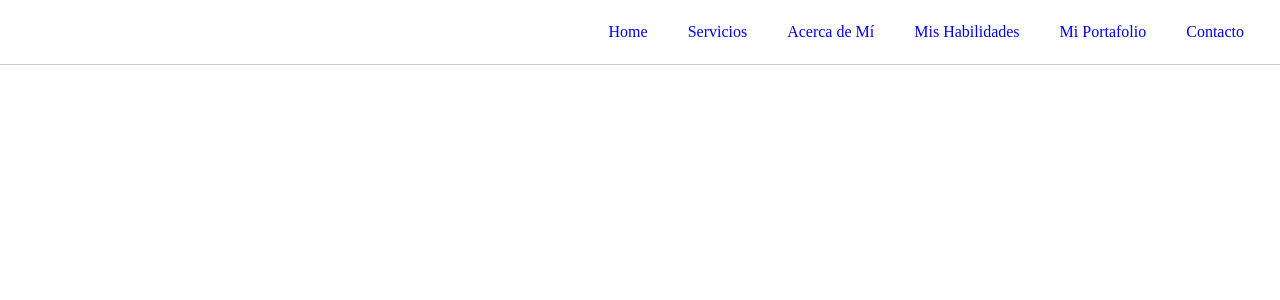
Repository: RobertAries28/PortafolioRobertEscalanteGomez2022
Page: index.html
These files come from the project's save history. The page is drawn as it stood at one moment and after the next save; the edit follows.
The browser window is 1280 px wide. The pictures show the whole page.

Above is the page before, as saved 2022-02-11 23:55:41.

After the next save:
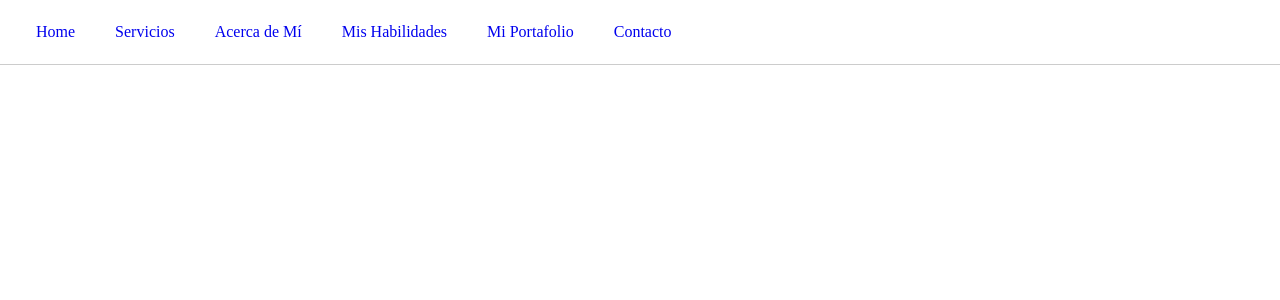
Saved 68 s later.
--- a/index.html
+++ b/index.html
@@ -11,7 +11,7 @@
     <header class="main-header">
         <div class="l-container main-header__block">
 
-        <div class="main-menu-toggle" id="main-menu-toggle"></div>
+
              <nav class="main-nav" id="main-nav">
                  <ul class="main-menu">
                        <li class="main-menu__item">

After the save that followed:
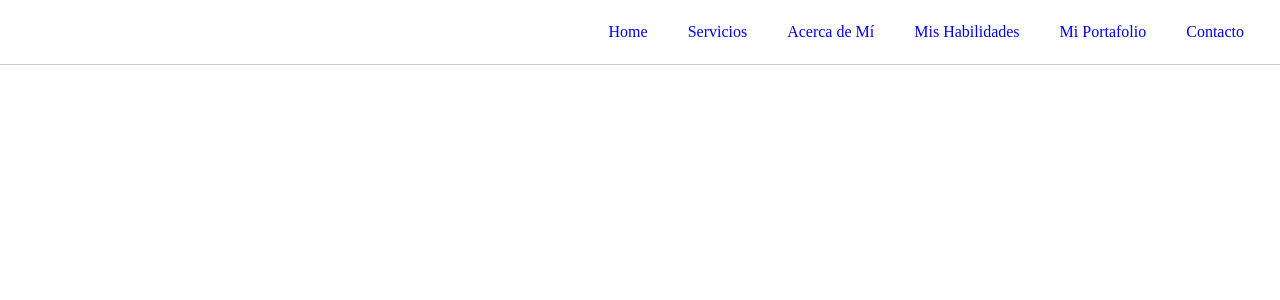
Saved 38 s later.
--- a/index.html
+++ b/index.html
@@ -11,7 +11,7 @@
     <header class="main-header">
         <div class="l-container main-header__block">
 
-
+        <div class="main-menu-toggle" id="main-menu-toggle"></div>
              <nav class="main-nav" id="main-nav">
                  <ul class="main-menu">
                        <li class="main-menu__item">
